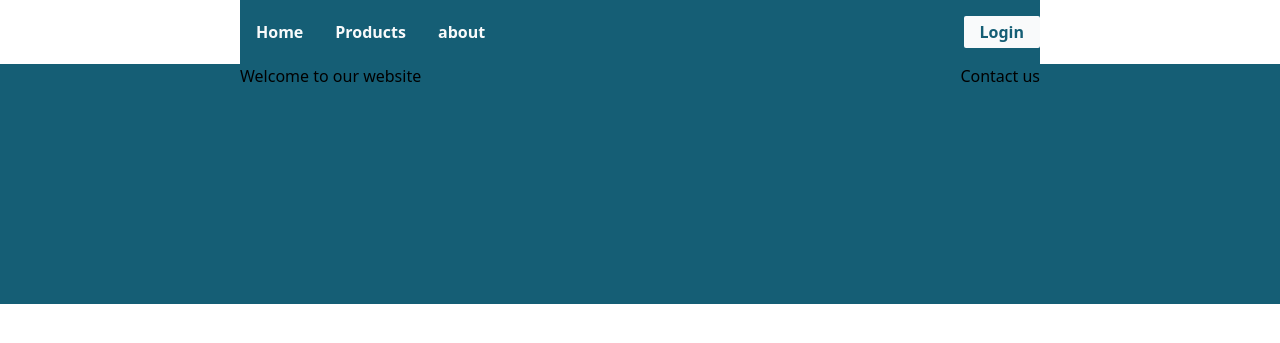
Repository: Sanaa00/svelte-test
Page: /
The author's editor kept a copy of each file at every save. The page is drawn from the files as they stood at one save, then again after the next save.
The browser window is 1280 px wide. The pictures show the whole page.
The project was rebuilt for these pictures with package versions that can differ from the ones it lists, and the page was loaded fresh each time. The framework's server and built-in components were replaced by stand-ins that run in the browser. Also part of the build but not shown: svelte.config.js, vite.config.js.

Above is the page before, as saved 2024-12-08 19:41:11.

After the next save:
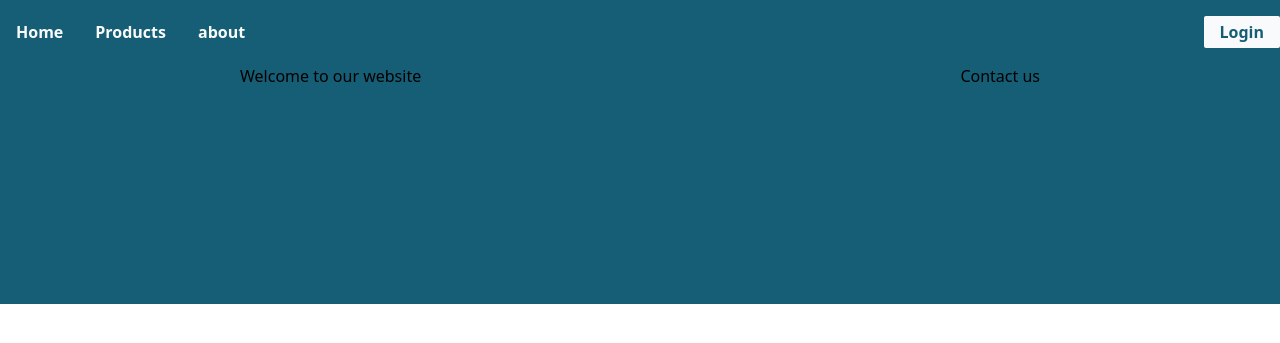
Saved 34 s later.
--- a/src/component/Navbar.svelte
+++ b/src/component/Navbar.svelte
@@ -1,16 +1,14 @@
 <script>
 </script>
 
-<main class="w-full px-60">
-	<nav class="flex h-16 w-full items-center justify-between bg-cyan-800">
-		<ul class="flex">
-			<li class="px-4 font-semibold text-gray-50">Home</li>
-			<li class="px-4 font-semibold text-gray-50">Products</li>
-			<li class="px-4 font-semibold text-gray-50">about</li>
-		</ul>
-		<button
-			class="rounded-sm bg-gray-50 px-4 py-1 font-semibold text-cyan-800
+<nav class="flex h-16 w-full items-center justify-between bg-cyan-800">
+	<ul class="flex">
+		<li class="px-4 font-semibold text-gray-50">Home</li>
+		<li class="px-4 font-semibold text-gray-50">Products</li>
+		<li class="px-4 font-semibold text-gray-50">about</li>
+	</ul>
+	<button
+		class="rounded-sm bg-gray-50 px-4 py-1 font-semibold text-cyan-800
            ">Login</button
-		>
-	</nav>
-</main>
+	>
+</nav>
